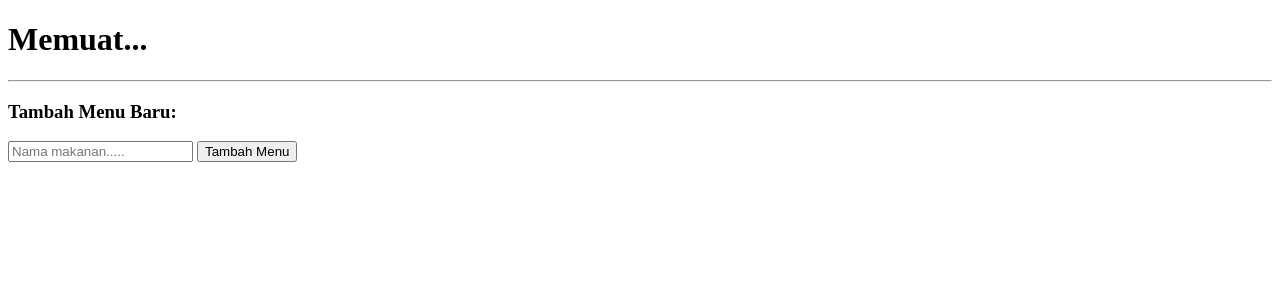
Repository: Shidqirasyad17/kantin-app
Page: frontend/index.html
The author's editor kept a copy of each file at every save. The page is drawn from the files as they stood at one save, then again after the next save.
The browser window is 1280 px wide. The pictures show the whole page.
The page's requests for data from a server got no answer.

Above is the page before, as saved 2026-04-12 07:32:58.

After the next save:
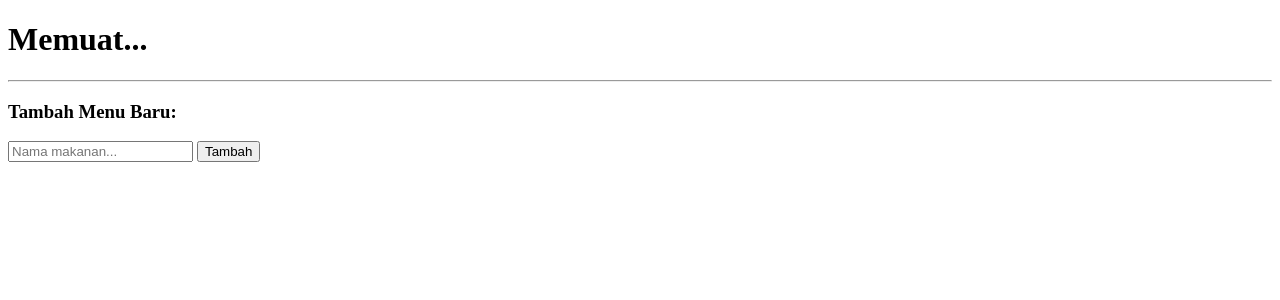
Saved 13 h 30 min later.
--- a/frontend/index.html
+++ b/frontend/index.html
@@ -1,47 +1,53 @@
 <!DOCTYPE html>
 <html>
-    <head><title>E-Kantin</title></head>
-    <body>
-        <h1 id="kantin-name">Memuat...</h1>
-        <ul id="menu-list"></ul>
-        <hr>
-        <h3>Tambah Menu Baru:</h3>
-        <input type="text" id = "menu-input" placeholder="Nama makanan.....">
-        <button onclick="tambahMenu()">Tambah Menu</button>
+<head><title>E-Kantin</title></head>
+<body>
+    <h1 id="kantin-name">Memuat...</h1>
+    <ul id="menu-list"></ul>
 
-        <script>
-            const API_URL = 'http://localhost:5000/api';
 
-            function loadData(){
-                fetch(`${API_URL}/info`)
+    <hr>
+    <h3>Tambah Menu Baru:</h3>
+    <input type="text" id="menu-input" placeholder="Nama makanan...">
+    <button onclick="tambahMenu()">Tambah</button>
+
+
+    <script>
+        const API_URL = 'http://localhost:5000/api';
+
+
+        function loadData() {
+            fetch(`${API_URL}/info`)
                 .then(res => res.json())
-                .then(data=> {
-                    document.getElementById('kantin-name').innertext = data.nama_kantin;
+                .then(data => {
+                    document.getElementById('kantin-name').innerText = data.nama_kantin;
                     const list = document.getElementById('menu-list');
                     list.innerHTML = '';
                     data.menu.forEach(item => {
-                    let li = document. createElement('li');
-                    li.innertext = item;
-                    list.appendChild(li);
+                        let li = document.createElement('li');
+                        li.innerText = item;
+                        list.appendChild(li);
                     });
                 });
-            }
+        }
 
-            function tambahMenu(){
-                const input =document.getElementById('menu-input');
-                fetch(`${API_URL}/add-menu`, {
-                    method: 'POST',
-                    headers:{'Content-Type' : 'application/json'},
-                    body: JSON.stringify({item: input.value})
-                })
-                .then(res => res.json())
-                .then(() => {
-                    input.value = '';
-                    loadData();
-                });
-            }
 
-            loadData();
-        </script>
-    </body>
+        function tambahMenu() {
+            const input = document.getElementById('menu-input');
+            fetch(`${API_URL}/add-menu`, {
+                method: 'POST',
+                headers: { 'Content-Type': 'application/json' },
+                body: JSON.stringify({ item: input.value })
+            })
+            .then(res => res.json())
+            .then(() => {
+                input.value = '';
+                loadData();
+            });
+        }
+
+
+        loadData();
+    </script>
+</body>
 </html>
